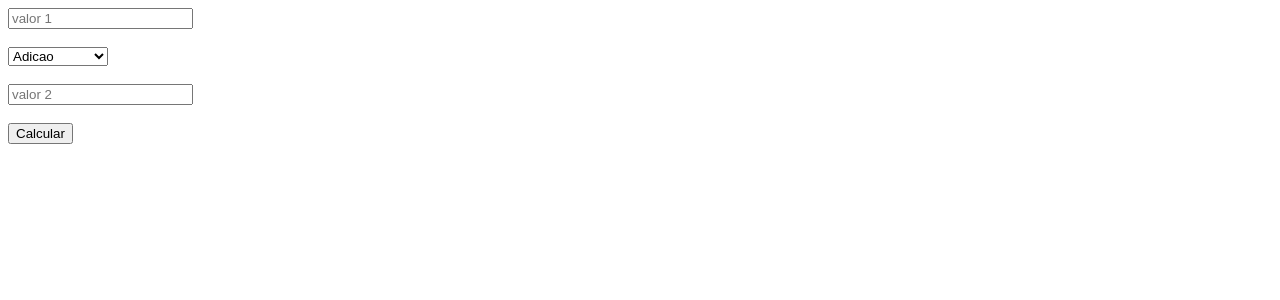
Repository: Marcelinalima/Java_JSP
Page: Execicios_JSP/src/main/webapp/calculadora.html
An editor plug-in stored every save of this project. The page is shown before and after the next save, followed by the edit.
The browser window is 1280 px wide. The pictures show the whole page.

Above is the page before, as saved 2023-04-17 11:49:42.

### Execicios_JSP/src/main/webapp/calculadora.html
<!DOCTYPE html>
<html>

	<head>
		<meta charset="UTF-8">
		<title>CalculadoraVirtual</title>
		<meta name="viewport" content="width=divece-width, initial -scale-1.0">
	</head>
	<body>
	    <div class = "container'>

	      <h1>Calculadora Virtual</h1>

	      <form action= /Exercicios_JSP/saida.jsp"  method="post">

                 <input type="number" name="valor1" value="" placeholder= "valor 1" required><br><br>
                  <select name="operação">
                  <option value="adicao">Adicao</option>
                  <option value="subtração">Subtração</option>
                  <option value="multiplicação">Multiplicação</option>
                  <option value="divisão">Divisão</option>
               </select><br><br>

              <input type="text" name="valor2" value=""placeholder= "valor 2"required><br><br>

              <input type="submit" name="bt" value="Calcular"><br><br>

          </form>
	    </div>


</html>

After the next save:
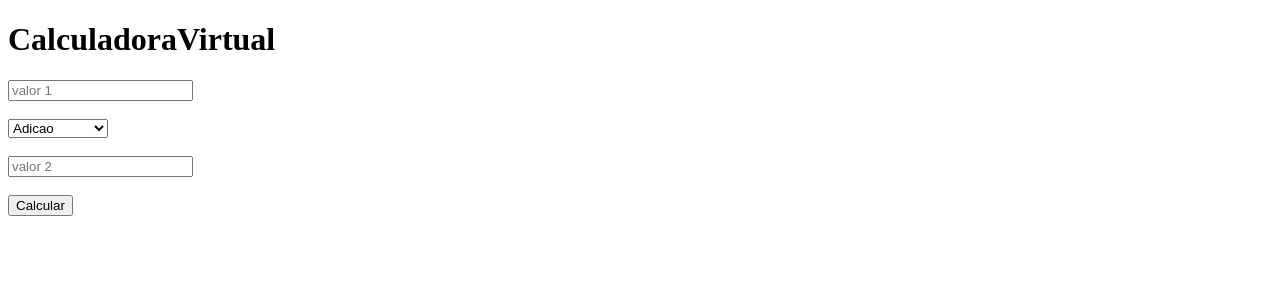
Saved 2 min 57 s later.
--- a/Execicios_JSP/src/main/webapp/calculadora.html
+++ b/Execicios_JSP/src/main/webapp/calculadora.html
@@ -7,11 +7,10 @@
 		<meta name="viewport" content="width=divece-width, initial -scale-1.0">
 	</head>
 	<body>
-	    <div class = "container'>
 
-	      <h1>Calculadora Virtual</h1>
-
-	      <form action= /Exercicios_JSP/saida.jsp"  method="post">
+	   <div class="Container">
+	        <h1>CalculadoraVirtual</h1>
+	      <form action = "/Exercicios_JSP/saida.jsp"  method="post">
 
                  <input type="number" name="valor1" value="" placeholder= "valor 1" required><br><br>
                   <select name="operação">
@@ -24,9 +23,9 @@
               <input type="text" name="valor2" value=""placeholder= "valor 2"required><br><br>
 
               <input type="submit" name="bt" value="Calcular"><br><br>
+          </form>
 
-          </form>
 	    </div>
 
-
+<body>
 </html>
